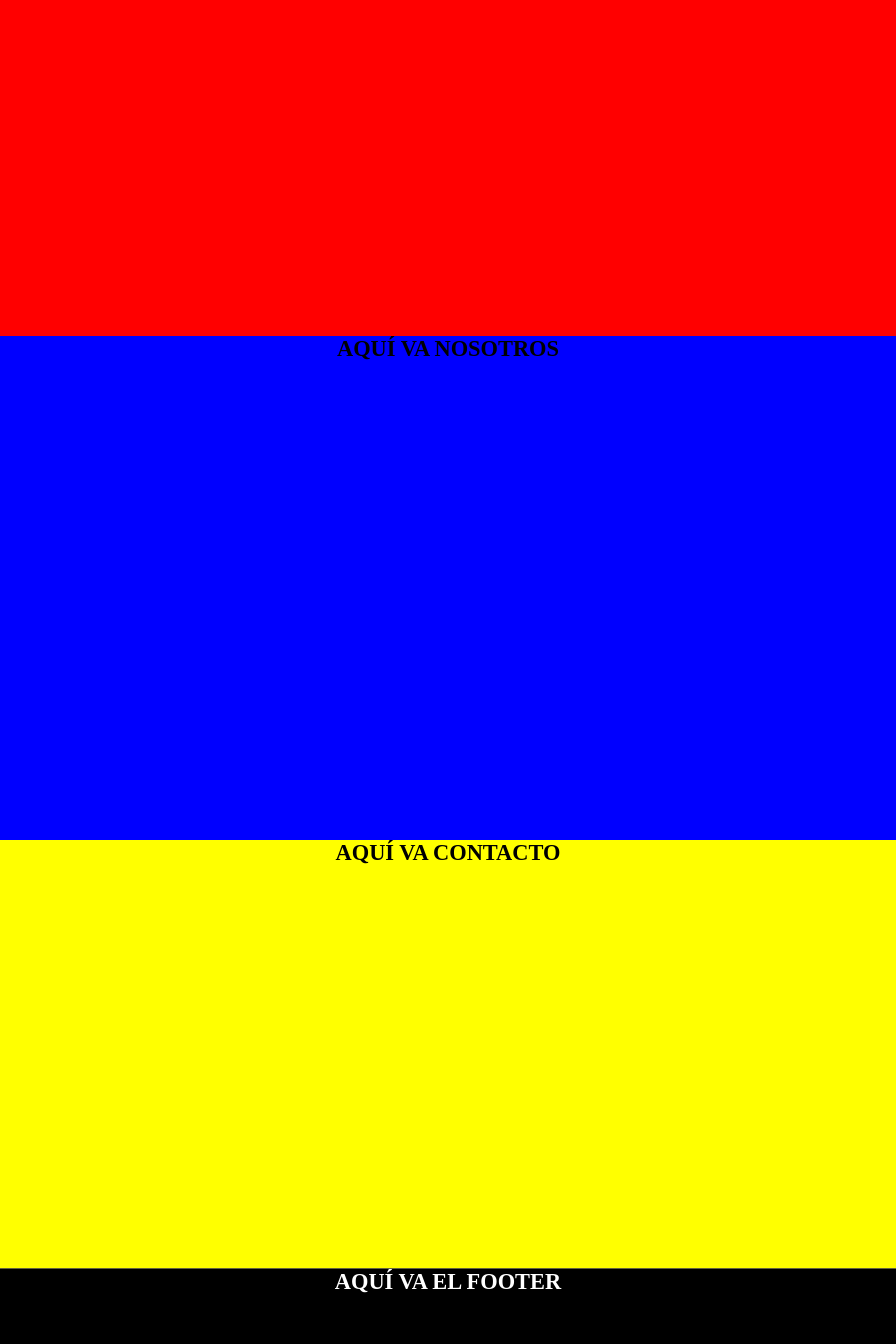
Repository: soloestuardo/bootstrap
Page: web/index.html
The author's editor kept a record of every edit. The page is drawn from the files as they stood at one moment, then again after the next edit.
The browser window is 1280 px wide. The pictures show the part of the page from y = 960 to 2880 px (the page is 2880 px tall before and 2772 px after), at 70% of full size.

Above is the page before.

### web/index.html
<html>
    <head>
        <meta http-equiv="Content-Type" content="text/html; charset=utf-8"/>
        <title>Website</title>
        <link rel="stylesheet" href="css/styles.css">
    </head>

    <body>
        <header>
            <a href="#"><img src="img/logob.png" alt="Buildawow Logo"></a>
            <nav>
                <ul>
                    <li><a href="serv">Servicios</a></li>
                    <li><a href="#">Nosotros</a></li>
                    <li><a href="#">Contacto</a></li>
                </ul>
                                                                                                                                                                                                                                                                                                                                                                                                                                                                                                                                                                                                                                                                                                                                                                                                                                                                                                                                                                                                                                                                                                                                                                                                                                                                                                                                                                        </nav>
        </header>

        <main>
            <h1 id="inicio" style="text-align:center;">AQUÍ VA EL INICIO</h1>
        </main>

        <section>
            <h1 id="servicios" style="text-align:center;">AQUÍ VAN SERVICIOS</h1>
        </section>

        <div id="info">
            <h1 id="nosotros" style="text-align:center;">AQUÍ VA NOSOTROS</h1>
        </div>

        <div id="contacto">
            <h1 id="cont" style="text-align:center;">AQUÍ VA CONTACTO</h1>
        </div>

        <footer>
            <h1 style="text-align:center;color:white;">AQUÍ VA EL FOOTER</h1>
        </footer>
    </body>
</html>

### web/css/styles.css
* {
    padding:0;
    margin:0;
}
header {
    position: fixed;
    height:15vh;
    background-color:green;
}

header img {
    height:5vh;
    margin-top:5vh;
    margin-left:20px;
}

header nav {
    height:15vh;
    width:50%;
    background:cyan;
    float:right;
}

header nav ul {
    list-style-type:none;
    margin:4.7vh 0 0 0;
    padding:0;
}

header nav ul li {
    display:inline;
    font-size:1.5em;
    margin-left:12%;
}

header nav ul li a {
    color:black;
    text-decoration:none;
}

header nav ul li a:hover {
    background-color:hsl(210, 51%, 40%);
    font-size:1.55em;
    text-decoration:underline;

}

main {
    margin-top:15vh;
    height:85vh;
    background-image:url('../img/fondo_main.jpg');
    background-size:100% 100%;
}

section {
    height:100vh;
    background-color:red;
}

#info {
    height:100vh;
    background-color:blue;
}

#contacto {
    height:85vh;
    background-color: yellow;
}

footer {
    height:15vh;
    background-color:black;
}

After the next edit:
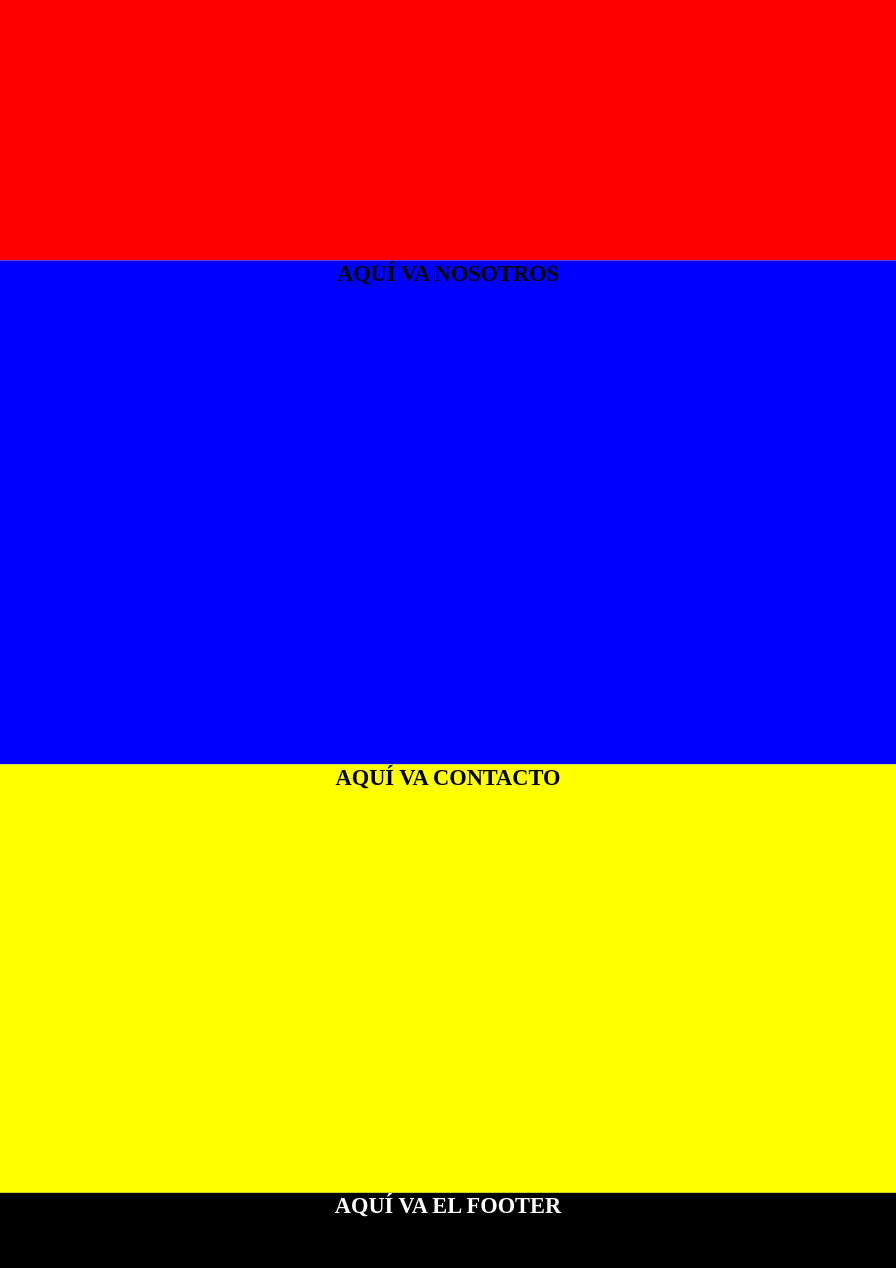
The edit:
--- a/web/css/styles.css
+++ b/web/css/styles.css
@@ -53,7 +53,7 @@
 }
 
 section {
-    height:100vh;
+    height:85vh;
     background-color:red;
 }
 
